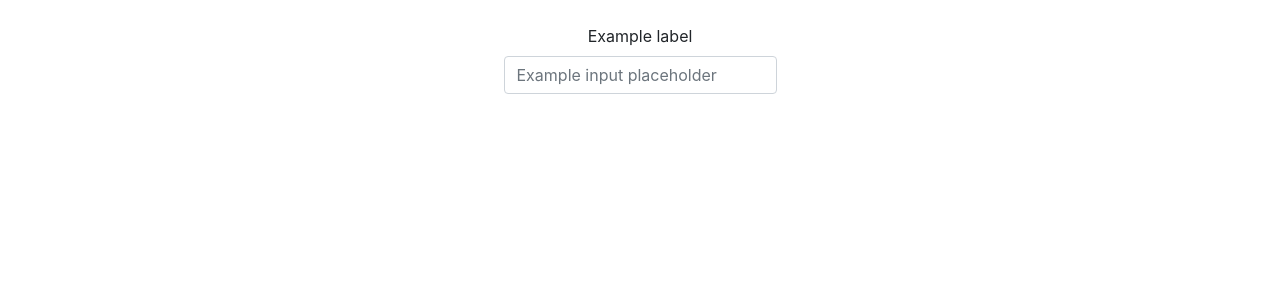
Repository: baobaodeveloper/bootcamp21__array__HuynhAnhBao
Page: index.html
The author's editor kept a copy of each file at every save. The page is drawn from the files as they stood at one save, then again after the next save.
The browser window is 1280 px wide. The pictures show the whole page.

Above is the page before, as saved 2022-03-20 16:26:47.

After the next save:
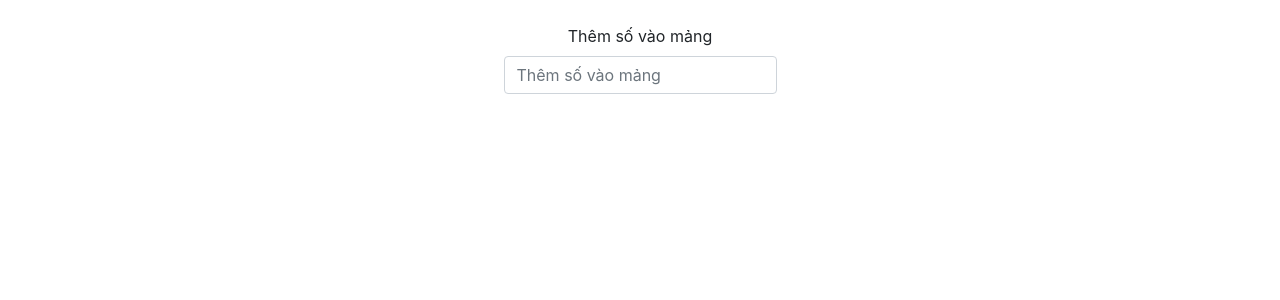
Saved 46 s later.
--- a/index.html
+++ b/index.html
@@ -21,13 +21,13 @@
     <div class="container d-flex justify-content-center align-items-center p-4">
       <div class="mb-3 text-center w-25">
         <label for="formGroupExampleInput" class="form-label"
-          >Example label</label
+          >Thêm số vào mảng</label
         >
         <input
           type="text"
           class="form-control"
           id="formGroupExampleInput"
-          placeholder="Example input placeholder"
+          placeholder="Thêm số vào mảng"
         />
       </div>
     </div>
